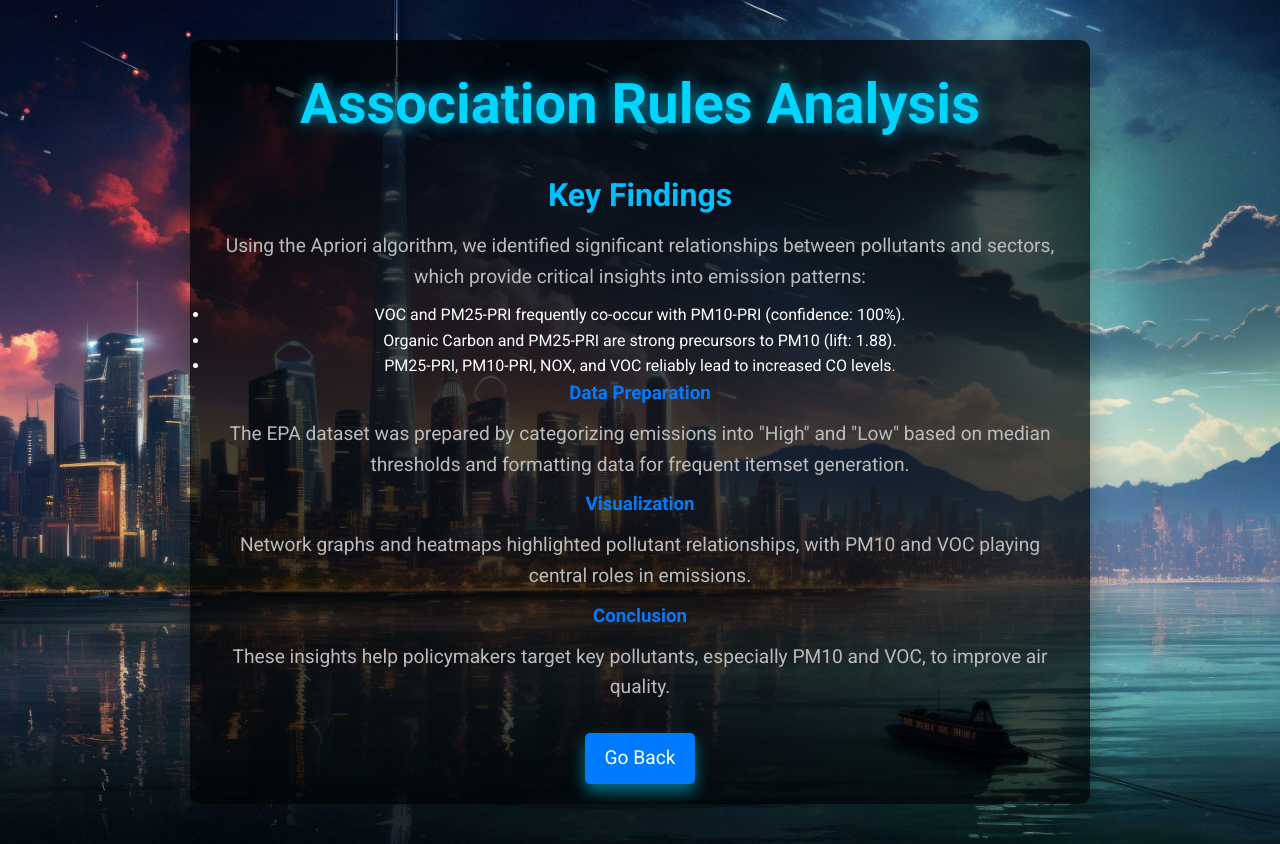
Repository: aminemnif/air-quality
Page: wafa_emissions_trend/templates/associationDetail.html
An editor plug-in stored every save of this project. The page is shown before and after the next save, followed by the edit.
The browser window is 1280 px wide. The pictures show the whole page.
The template is drawn by Django 5.2. The application's start-up code is not run. The template is opened directly, without the code that normally fills it, so the values that code supplies are empty.

Above is the page before, as saved 2025-01-11 21:20:59.

After the next save:
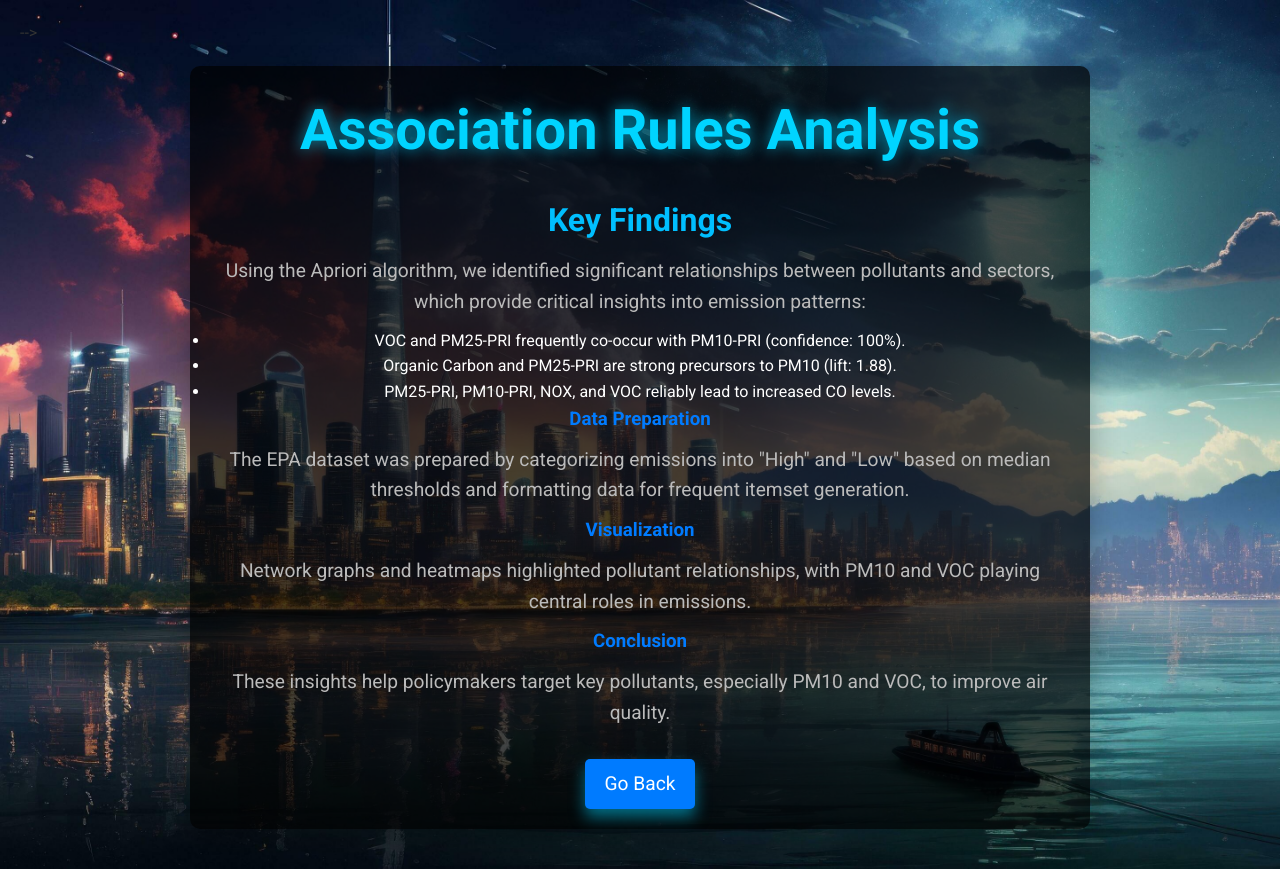
Saved 76 s later.
--- a/wafa_emissions_trend/templates/associationDetail.html
+++ b/wafa_emissions_trend/templates/associationDetail.html
@@ -36,9 +36,7 @@
             background: #0056b3;
         }
     </style>
-</head>
-
-
+<!--
 {% load static %}
 <!DOCTYPE html>
 <html lang="en">
@@ -162,6 +160,7 @@
         }
     </style>
 </head>
+-->
 <body>
     <div class="container">
         <h1>Association Rules Analysis</h1>

After the save that followed:
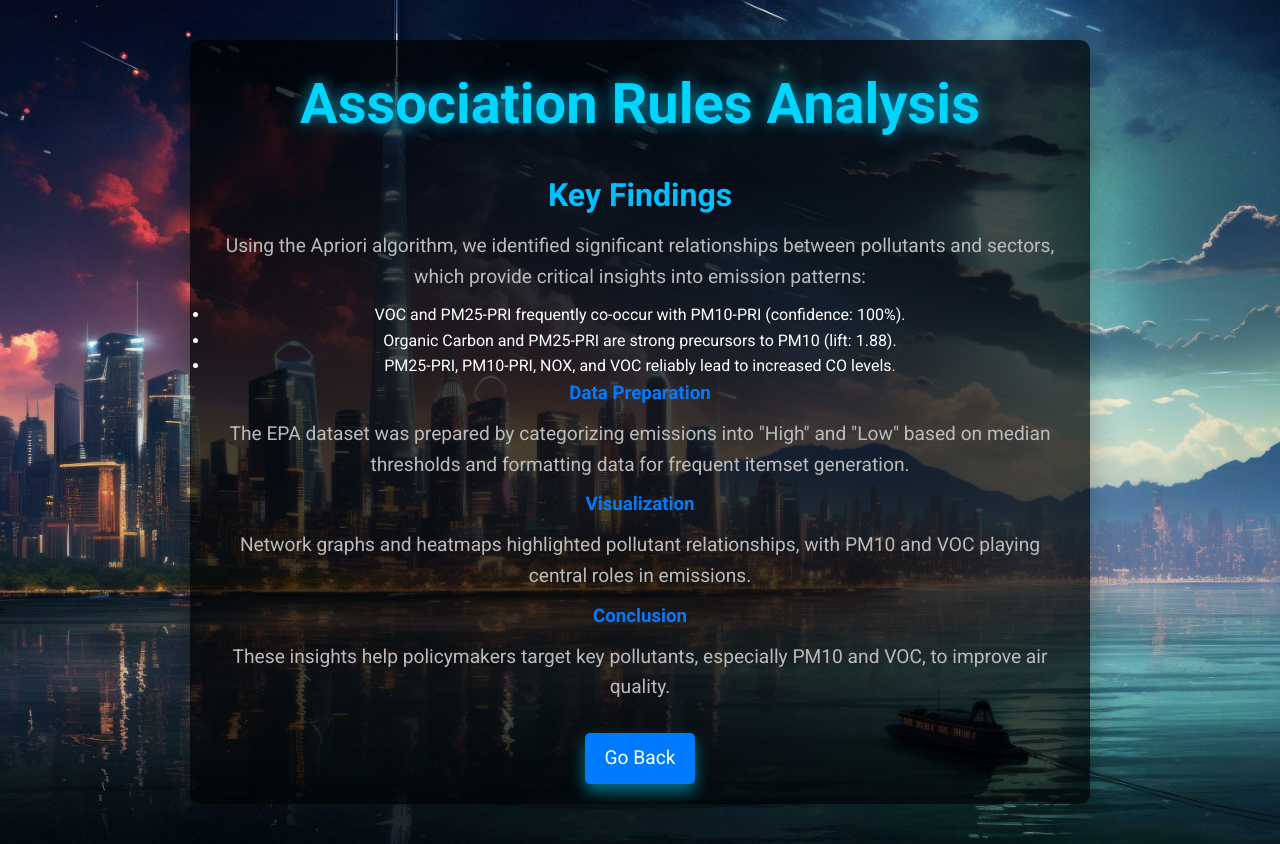
Saved 7 s later.
--- a/wafa_emissions_trend/templates/associationDetail.html
+++ b/wafa_emissions_trend/templates/associationDetail.html
@@ -36,7 +36,9 @@
             background: #0056b3;
         }
     </style>
-<!--
+</head>
+
+
 {% load static %}
 <!DOCTYPE html>
 <html lang="en">
@@ -160,7 +162,6 @@
         }
     </style>
 </head>
--->
 <body>
     <div class="container">
         <h1>Association Rules Analysis</h1>
